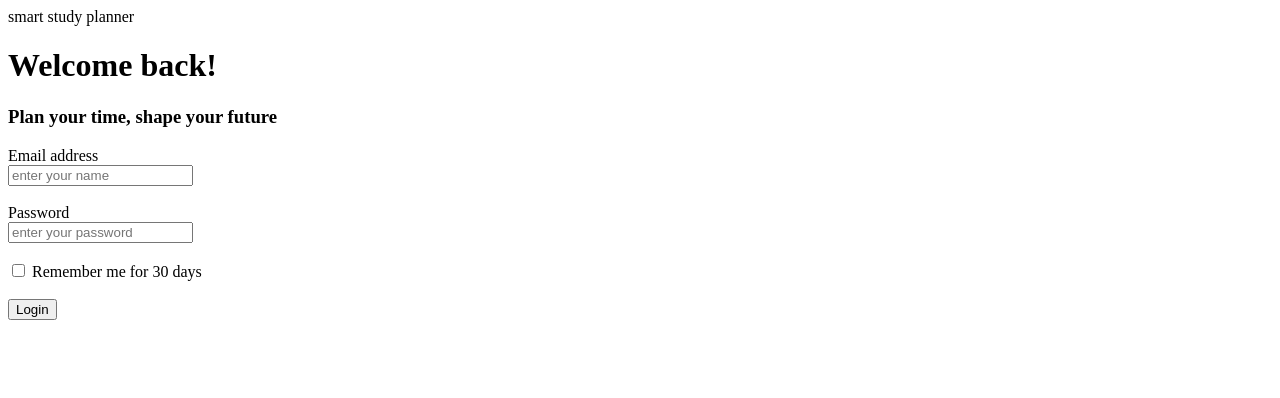
Repository: HaifaBaderBinDuhaim/web
Page: Frontend/logIn.html
The author's editor kept a copy of each file at every save. The page is drawn from the files as they stood at one save, then again after the next save.
The browser window is 1280 px wide. The pictures show the whole page.

Above is the page before, as saved 2026-03-24 12:43:03.

After the next save:
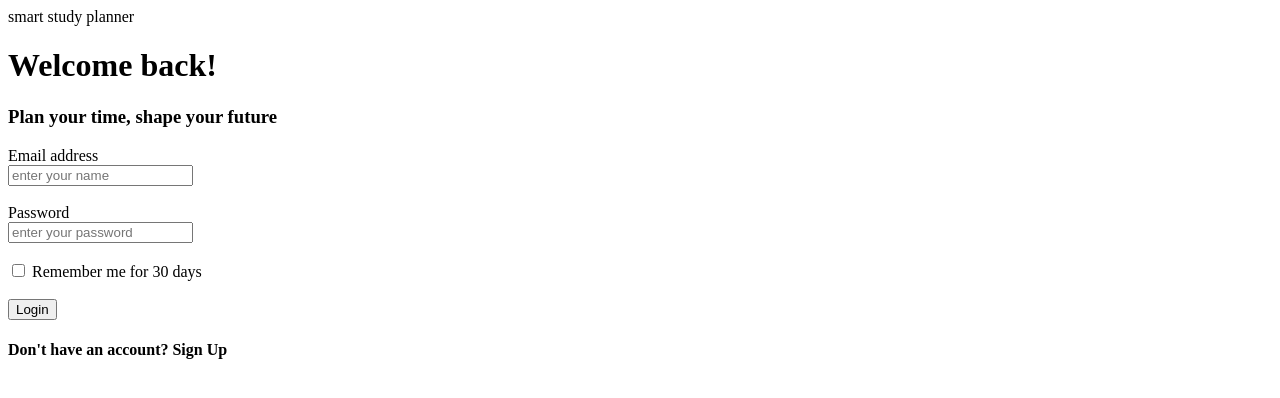
Saved 95 s later.
--- a/Frontend/logIn.html
+++ b/Frontend/logIn.html
@@ -67,5 +67,7 @@
       <br />
       <button id="login" name="login">Login</button>
     </form>
+
+    <h4>Don't have an account? <a harf="register.html">Sign Up</a></h4>
   </body>
 </html>
